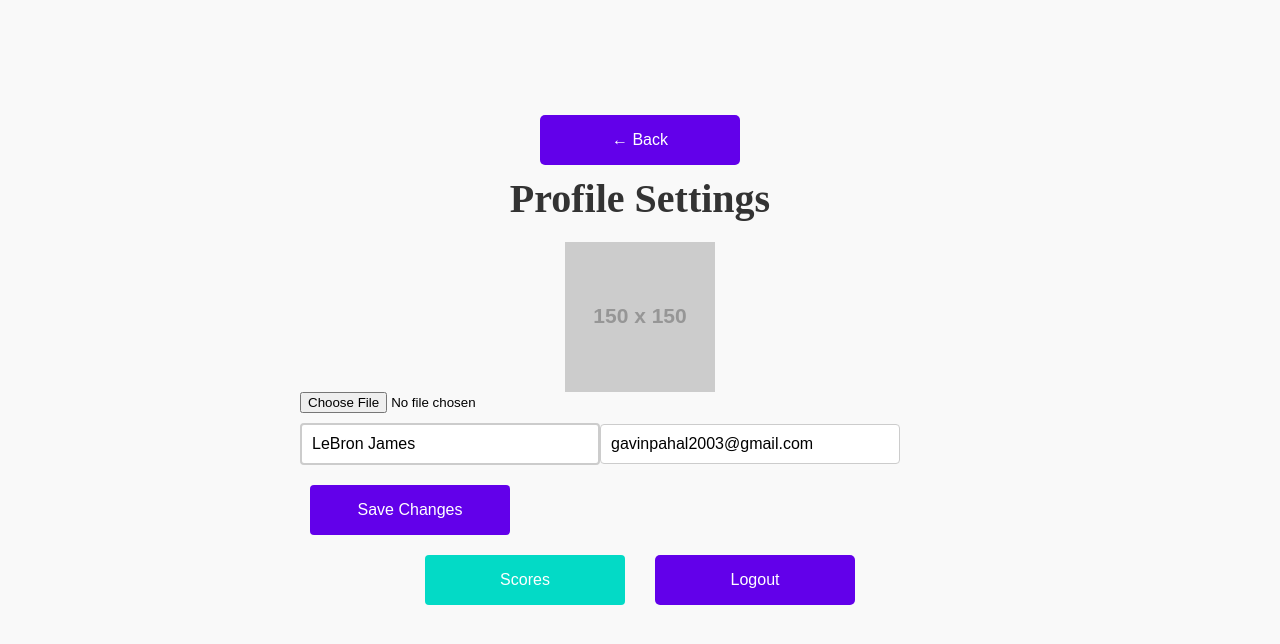
Repository: parnelltse/frontend2-courseproject
Page: /profilesettings
The author's editor kept a copy of each file at every save. The page is drawn from the files as they stood at one save, then again after the next save.
The browser window is 1280 px wide. The pictures show the whole page.
The project was rebuilt for these pictures with package versions that can differ from the ones it lists, and the page was loaded fresh each time. Also part of the build but not shown: vite.config.js, src/pages/landing.jsx, src/pages/home.jsx, src/pages/gameoptions.jsx, src/pages/appsettings.jsx, src/pages/gamehistory.jsx, src/pages/singleplayer.jsx, src/pages/multiplayer.jsx and 4 more.

Above is the page before, as saved 2024-11-17 01:14:26.

After the next save:
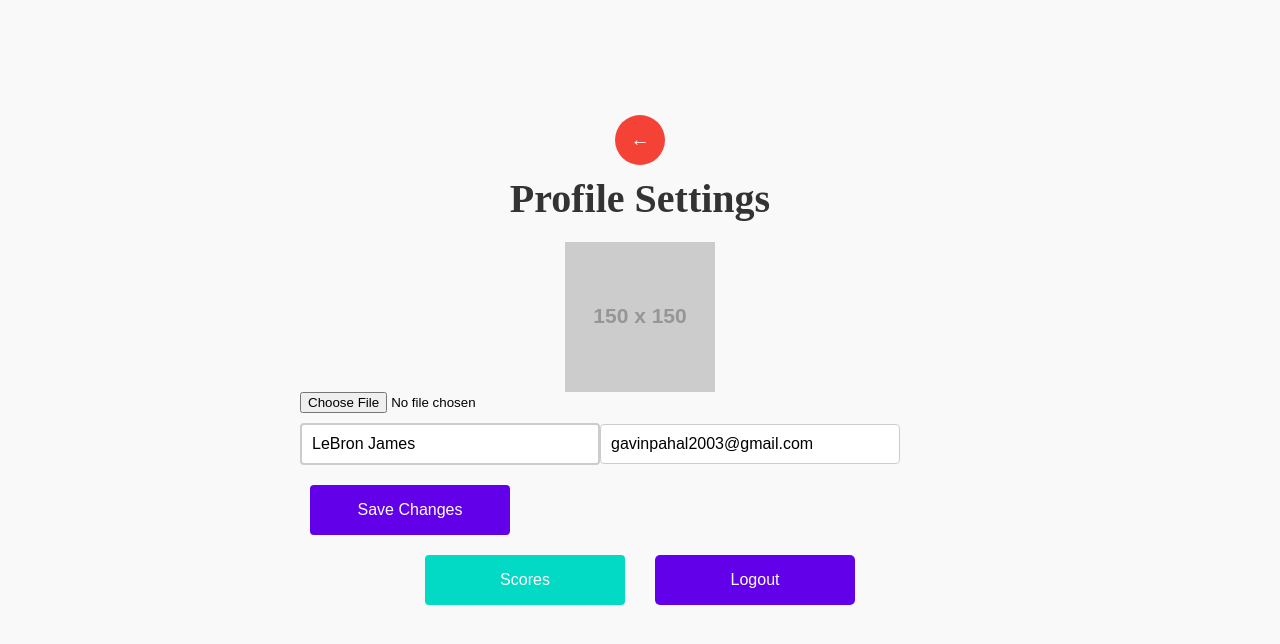
Saved 2 min 2 s later.
--- a/src/pages/profilesettings.jsx
+++ b/src/pages/profilesettings.jsx
@@ -1,5 +1,6 @@
 import React, { useState } from 'react';
 import { useNavigate } from 'react-router-dom';
+import BackButton from "../components/BackButton";
 
 const ProfileSettings = () => {
   const [profile, setProfile] = useState({
@@ -28,10 +29,7 @@ const ProfileSettings = () => {
 
   return (
     <div className="profile-settings-container">
-      {/* Back Button */}
-      <button className="back-arrow-button" onClick={() => navigate(-1)}>
-        ← Back
-      </button>
+      <BackButton/>
 
       {/* Profile Settings Title */}
       <h1 className="profile-settings-title">Profile Settings</h1>
